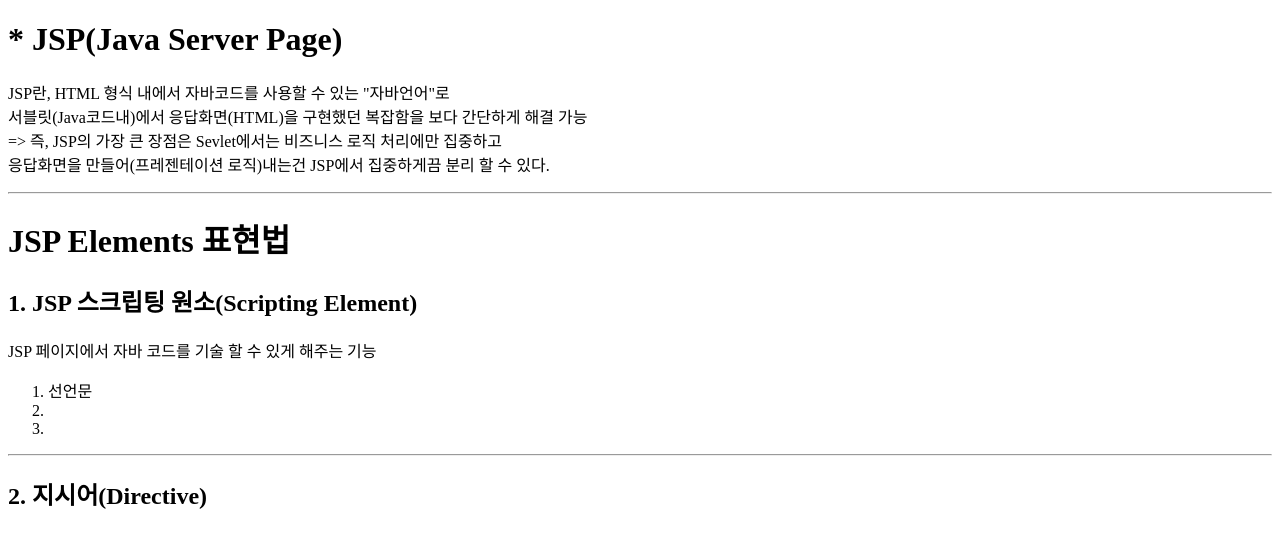
Repository: pje00427/webserver_workspace1
Page: 2_JSP/WebContent/index.html
The author's editor kept a copy of each file at every save. The page is drawn from the files as they stood at one save, then again after the next save.
The browser window is 1280 px wide. The pictures show the whole page.

Above is the page before, as saved 2020-08-31 01:12:53.

After the next save:
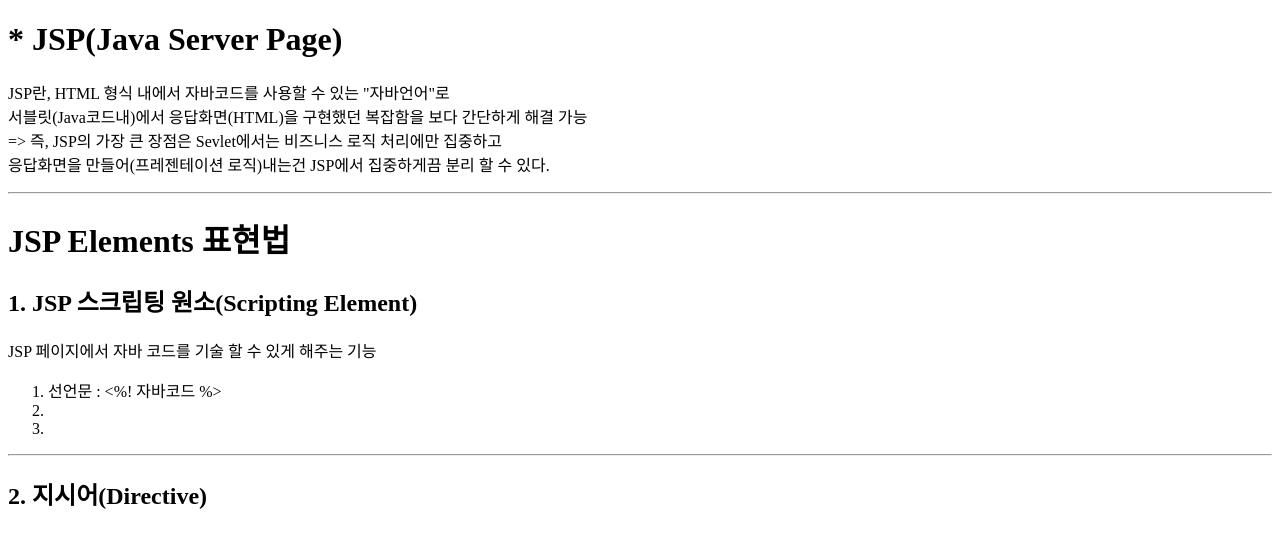
Saved 51 s later.
--- a/2_JSP/WebContent/index.html
+++ b/2_JSP/WebContent/index.html
@@ -22,7 +22,7 @@
 	<p>JSP 페이지에서 자바 코드를 기술 할 수 있게 해주는 기능</p>
 	<ol>
 		<li>
-			선언문
+			선언문 : &lt;%! 자바코드 	%&gt;
 		</li>
 		<li>
 
